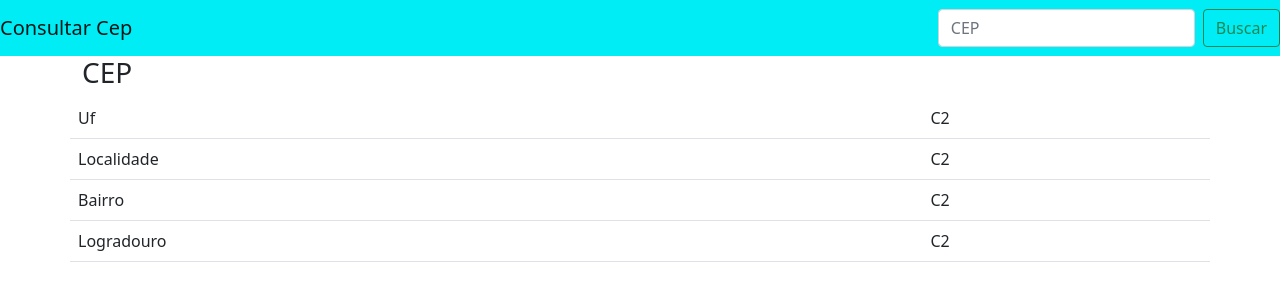
Repository: ViniciusCMS/StudyJquerry
Page: index.html
An editor plug-in stored every save of this project. The page is shown before and after the next save, followed by the edit.
The browser window is 1280 px wide. The pictures show the whole page.

Above is the page before, as saved 2021-11-26 11:27:40.

### index.html
<!DOCTYPE html>
<html lang="pt-br">
<head>
    <meta charset="UTF-8">
    <meta http-equiv="X-UA-Compatible" content="IE=edge">
    <meta name="viewport" content="width=device-width, initial-scale=1.0">
    <title>StudyJquery</title>
    <script type="text/javascript" src="js/jquery-3.6.0.min.js"></script>
    <script type="text/javascript" src="js/main.js"></script>
    <link rel="stylesheet" type="text/css" href="bootstrap/css/bootstrap.min.css">
</head>
<body>
   <nav class="navbar navbar-light" style="background-color: #00edf5;">
    <a class="navbar-brand">Consultar Cep</a>
      <div class="d-flex">
        <input class="form-control me-2" type="search" placeholder="CEP" id="cep">
        <button class="btn btn-outline-success" type="submit" onclick="consultaCep()">Buscar</button>
      </div>
    </nav>

    <div class="container">
        <div class="row">
            <h3>CEP</h3>
        </div>
        <div class="row">

            <table class="table">
                <tbody>
                    <tr>
                        <td>Uf</td>
                        <td>C2</td>
                    </tr>
                    <tr>
                        <td>Localidade</td>
                        <td>C2</td>
                    </tr>
                    <tr>
                        <td>Bairro</td>
                        <td>C2</td>
                    </tr>
                    <tr>
                        <td>Logradouro</td>
                        <td>C2</td>
                    </tr>

                </tbody>
            </table>

        </div>

    </div>


    <!--<input id="cep">
    <button type="button" onclick="consultaCep()">Consultar</button>
    <p id="uf"></p>
    <p id="localidade"></p>
    <p id="logradouro"></p>
    <p id="bairro"></p>-->
</body>
</html>

### js/main.js
function consultaCep() {

    var cep = document.getElementById("cep").value;
    var url = "https://viacep.com.br/ws/" + cep + "/json/";

    console.log(url)

    $.ajax({
        url: url,
        type: "GET",
        success: function(response){
            console.log(response);


            /*$("#uf").html(response.uf);
            $("#localidade").html(response.localidade);
            $("#logradouro").html(response.logradouro);
            $("#bairro").html(response.bairro);

            document.getElementById("uf").innerHTML = response.uf;
            document.getElementById("localidade").innerHTML = response.localidade;
            document.getElementById("logradouro").innerHTML = response.logradouro;
            document.getElementById("bairro").innerHTML = response.bairro;*/
        }

    })
}

Loaded but not shown: js/jquery-3.6.0.min.js (library); bootstrap/css/bootstrap.min.css (library)

After the next save:
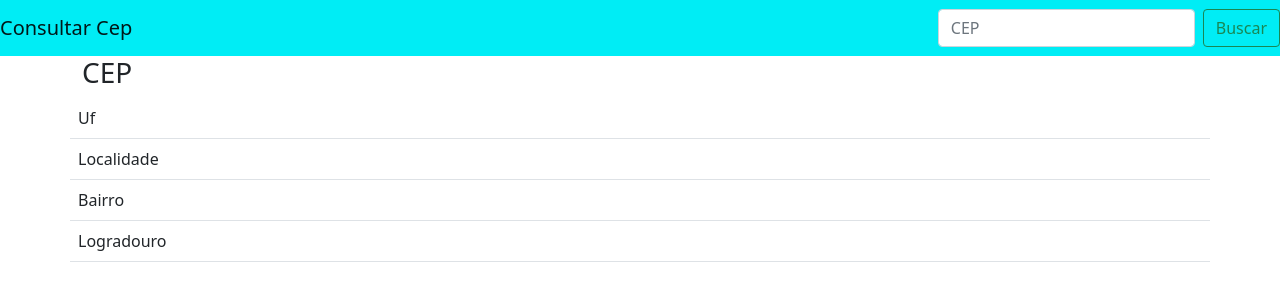
Saved 99 s later.
--- a/index.html
+++ b/index.html
@@ -28,19 +28,19 @@
                 <tbody>
                     <tr>
                         <td>Uf</td>
-                        <td>C2</td>
+                        <td id="uf"></td>
                     </tr>
                     <tr>
                         <td>Localidade</td>
-                        <td>C2</td>
+                        <td id="localidade"></td>
                     </tr>
                     <tr>
                         <td>Bairro</td>
-                        <td>C2</td>
+                        <td id="bairro"></td>
                     </tr>
                     <tr>
                         <td>Logradouro</td>
-                        <td>C2</td>
+                        <td id="logradouro"></td>
                     </tr>
 
                 </tbody>
